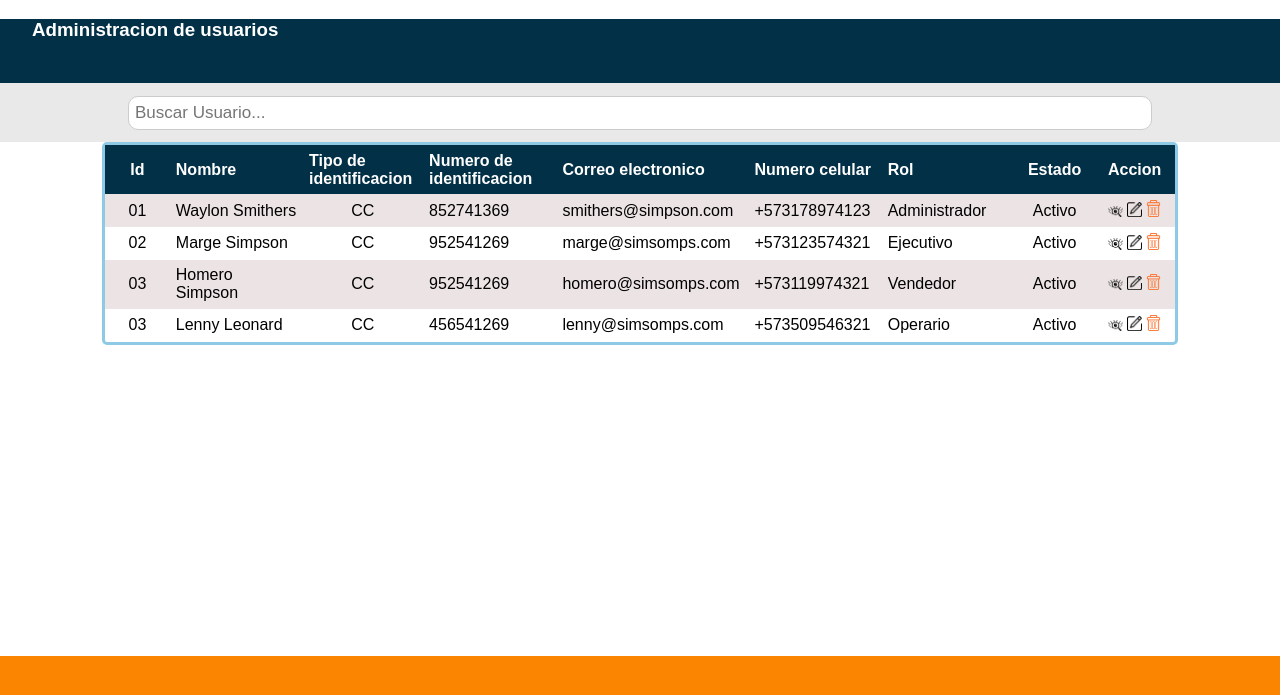
Repository: AlexanderBarona/Proyecto_Ciclo3_Mintic
Page: PaginaWeb/pages/admin_user.html
An editor plug-in stored every save of this project. The page is shown before and after the next save, followed by the edit.
The browser window is 1280 px wide. The pictures show the whole page.

Above is the page before, as saved 2021-09-30 14:58:02.

### PaginaWeb/pages/admin_user.html
<!DOCTYPE html>
<html>

   <head>
      <title>Administracion de Usuarios</title>
      <link href="../css/style.css" rel="stylesheet" type="text/css">
      <link href="../css/admin_user.css" rel="stylesheet" type="text/css">
   </head>
   <body class="admin_user">
      <header>
         <h3>Administracion de usuarios</h3>
      </header>
      <main>
        <div class="TopBar">
            <div class="Search ">
                <input type="text" placeholder="Buscar Usuario...">
            </div>

        </div>

        <div class="table_principal">
            <table class="table_entity">

              <tbody class="table_body" >

                  <tr class="table_header" >

                    <td class="table_cell center">Id</td>
                    <td class="table_cell">Nombre</td>
                    <td class="table_cell">Tipo de identificacion</td>
                    <td class="table_cell">Numero de identificacion</td>
                    <td class="table_cell">Correo electronico</td>
                    <td class="table_cell">Numero celular</td>
                    <td class="table_cell">Rol</td>
                    <td class="table_cell center">Estado</td>
                    <td class="table_cell center">Accion</td>

                  </tr>

                  <tr >
                    <td class="table_cell center">01</td>
                    <td class="table_cell">Waylon Smithers</td>
                    <td class="table_cell center">CC</td>
                    <td class="table_cell">852741369</td>
                    <td class="table_cell">smithers@simpson.com</td>
                    <td class="table_cell">+573178974123</td>
                    <td class="table_cell">Administrador</td>
                    <td class="table_cell center">Activo</td>
                    <td class="table_cell center">
                      <div class="icon_container">
                        <nav>
                          <a href="icon_table">
                            <img class="icon_cell" src="../images/IconRead.ico">
                          </a>
                          <a href="icon_table">
                            <img class="icon_cell" src="../images/IconUpdate.ico">
                          </a>
                          <a href="icon_table">
                            <img class="icon_cell" src="../images/IconDelete.ico">
                          </a>
                        </nav>
                    </div>

                    </td>
                  </tr>

                <tr >
                  <td class="table_cell center">02</td>
                  <td class="table_cell">Marge Simpson</td>
                  <td class="table_cell center">CC</td>
                  <td class="table_cell">952541269</td>
                  <td class="table_cell">marge@simsomps.com</td>
                  <td class="table_cell">+573123574321</td>
                  <td class="table_cell">Ejecutivo</td>
                  <td class="table_cell center">Activo</td>
                  <td class="table_cell center">
                    <div class="icon_container ">
                      <nav>
                        <a href="icon_table">
                          <img class="icon_cell" src="../images/IconRead.ico">
                        </a>
                        <a href="icon_table">
                          <img class="icon_cell" src="../images/IconUpdate.ico">
                        </a>
                        <a href="icon_table">
                          <img class="icon_cell" src="../images/IconDelete.ico">
                        </a>
                      </nav>
                  </div>
                  </td>
                </tr>

                <tr >
                    <td class="table_cell center">03</td>
                    <td class="table_cell">Homero Simpson</td>
                    <td class="table_cell center">CC</td>
                    <td class="table_cell">952541269</td>
                    <td class="table_cell">homero@simsomps.com</td>
                    <td class="table_cell">+573119974321</td>
                    <td class="table_cell">Vendedor</td>
                    <td class="table_cell center">Activo</td>
                    <td class="table_cell center">

                                    <div class="icon_container">
                                        <nav>
                                          <a href="icon_table">
                                            <img class="icon_cell" src="../images/IconRead.ico">
                                          </a>
                                          <a href="icon_table">
                                            <img class="icon_cell" src="../images/IconUpdate.ico">
                                          </a>
                                          <a href="icon_table">
                                            <img class="icon_cell" src="../images/IconDelete.ico">
                                          </a>
                                        </nav>
                                    </div>


                    </td>
                </tr>
                <tr >
                    <td class="table_cell center">03</td>
                    <td class="table_cell">Lenny Leonard</td>
                    <td class="table_cell center">CC</td>
                    <td class="table_cell">456541269</td>
                    <td class="table_cell">lenny@simsomps.com</td>
                    <td class="table_cell">+573509546321</td>
                    <td class="table_cell">Operario</td>
                    <td class="table_cell center">Activo</td>
                    <td class="table_cell center">
                      <div class="icon_container">
                        <nav>
                          <a href="icon_table">
                            <img class="icon_cell" src="../images/IconRead.ico">
                          </a>
                          <a href="icon_table">
                            <img class="icon_cell" src="../images/IconUpdate.ico">
                          </a>
                          <a href="icon_table">
                            <img class="icon_cell" src="../images/IconDelete.ico">
                          </a>
                        </nav>
                    </div>
                    </td>
                </tr>
              </tbody>
            </table>
        </div>
      </main>
      <footer>
        <div>
          <h3>Administracion de usuarios</h3>
          <h3>Administracion de usuarios</h3>
          <h3>Administracion de usuarios</h3>
        </div>
      </footer>
   </body>
</html>

### PaginaWeb/css/style.css
* {
  box-sizing: border-box;
}

body {
  margin: 0;
  font-family: Arial, Helvetica, sans-serif;
}
header {
  background-color: #023047;
  color:  white;
  padding-left:2em ;
  height:4em;
  width:100%;

}

footer{
  background-color: #FB8500;
  color:  #FB8500;
  position:fixed;
  left:0px;
  bottom:0px;
  height:4em;
  width:100%;
}

### PaginaWeb/css/admin_user.css
/* css barra busqueda*/
@media screen and (max-width: 600px) {
  .Search a,
  .Search input[type="text"] {

    display: block;
    text-align: left;
    width: 100%;
    margin: 0 auto;
    padding: 14px;
    align-items: center;
  }
}

.admin_user .Search {
   overflow: hidden;
   background-color: #e9e9e9;
   display: block;
   width: 100%;
   text-align: center;
  }

.Search a {

    display: block;
    color: black;
    text-align: center;
    padding: 14px 16px;
    text-decoration: none;
    font-size: 17px;
  }

  .Search a:hover {
    background-color: #ddd;
    color: black;
  }

  .Search a.active {
    background-color: #9dcaf0;
    color: white;
  }

  .Search input[type="text"] {
    float: center;
    border-radius: 10px;
    border: 1px solid rgb(174, 204, 218);
    padding: 6px;
    margin-top: 1%;
    margin-right: 2%;
    margin-left: 2%;
    margin-bottom: 1%;
    font-size: 17px;
    width: 80%;
  }
  .Search input[type="text"] {
    border: 1px solid #ccc;
  }

 /* css tabla*/

  .table_entity {
    table-layout: fixed;
    width: 84%;
    margin: 0 auto;
    border-collapse: separate;
    border-spacing: 0px;
    border-radius: 5px;
    border: 3px solid #8ECAE6;

  }

  .table_entity td:first-child {
    width: 4em;
  }
  .table_entity td:nth-child(3) {
    width: 7.5em;
  }
  .table_entity td:nth-child(5) {
    width: 12em;
  }
  .table_entity td:nth-child(8) {
    width: 5em;

  }
  .table_entity td:nth-child(9) {
    width: 5em;
  }




  .table_header {
    background-color: #023047;
    color: #fff;
    font-weight:bold;
  }

  .table_entity tr:nth-child(even) {
  background-color: #ece4e4;
}

.table_entity .center {
  text-align: center;
}
/* css tabla perfiles*/
.table_entity2 {
  table-layout: fixed;
  width: 84%;
  margin: 0 auto;
  border-collapse: separate;
  border-spacing: 0px;
  border-radius: 5px;
  border: 3px solid #8ECAE6;

}

.table_entity2 td:first-child {
  width: 4em;
}

.table_entity2 td:nth-child(2) {
  width: 16em;
}


.table_entity2 td:nth-child(6) {
  width: 4.8em;

}


.table_entity2 tr:nth-child(even) {
background-color: #ece4e4;
}

.table_entity2 .center {
  text-align: center;
}

  th, td {

      word-wrap: break-word;
      padding: 0.4em;
      margin: 0em;
  }
  /* iconos */
  .icon_cell {

    height: 28%;
    width: 22%;
    margin: 0 auto 0 0;


}

.icon_container a , .icon_container a:visited {


  text-decoration: none;

}
/* css checkbox */

.checkbox_container input[type="checkbox"]  {
  content: "";
  width: 2em;
  height: 2em;
  border: 4px solid #bf810f;
  float: left;
  margin: 0 auto 0 0;
  border-right: 0;
  border-top: 0;


}
.checkbox_container input[type="checkbox"]:checked   {
  content: "";
  width: 2.2em;
  height: 2.2em;
  border: 4px solid #bf810f;
  color: #bf810f;
  background-color:#bf810f ;
  float: left;
  margin: 0 auto 0 0;
  border-right: 0;
  border-top: 0;

}

After the next save:
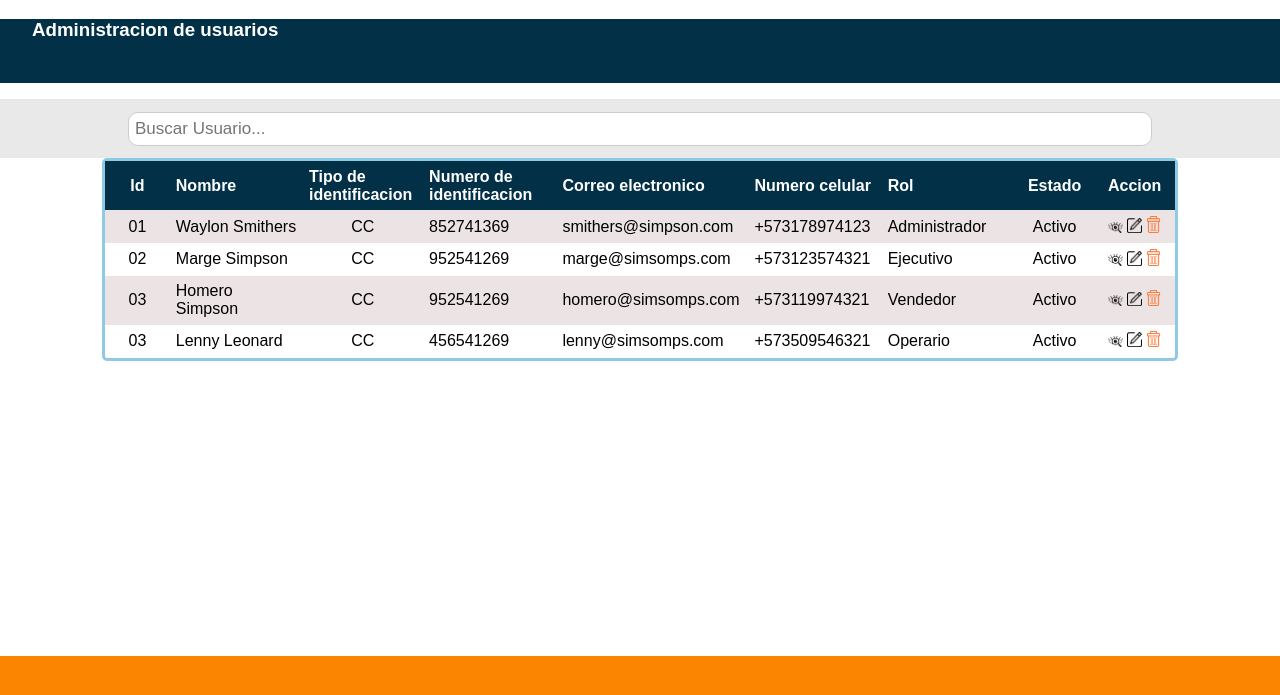
Saved 41 s later.
--- a/PaginaWeb/css/style.css
+++ b/PaginaWeb/css/style.css
@@ -12,6 +12,7 @@ header {
   padding-left:2em ;
   height:4em;
   width:100%;
+  margin-bottom: 1em;
 
 }
 
